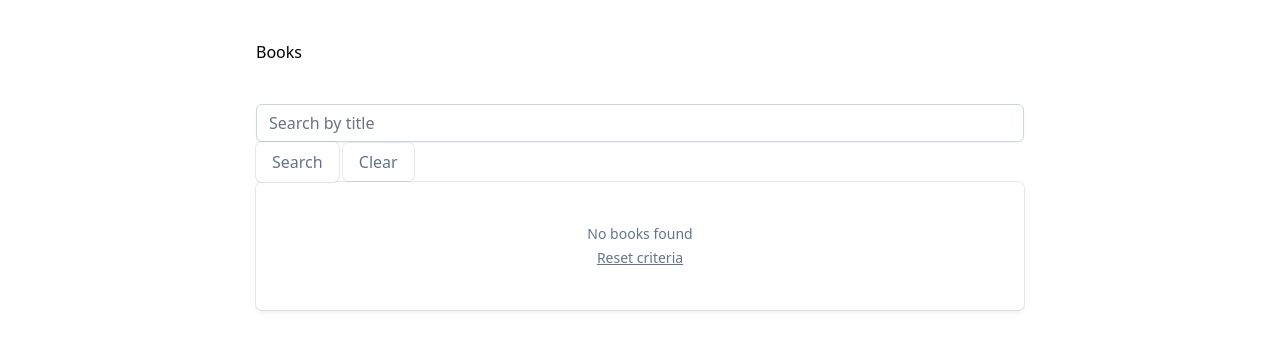
Repository: Haakim19/Laravel-Learn
Page: http://localhost/books
These files come from the project's save history. The page is drawn as it stood at one moment and after the next save; the edit follows.
The browser window is 1280 px wide. The pictures show the whole page.
Some web libraries are served in a nearby version. The page is served by the project's Laravel application, run on PHP 8.4 with Laravel 12. Queries for data that is not in the repository find no rows.

Above is the page before, as saved 2025-02-06 01:12:56.

After the next save:
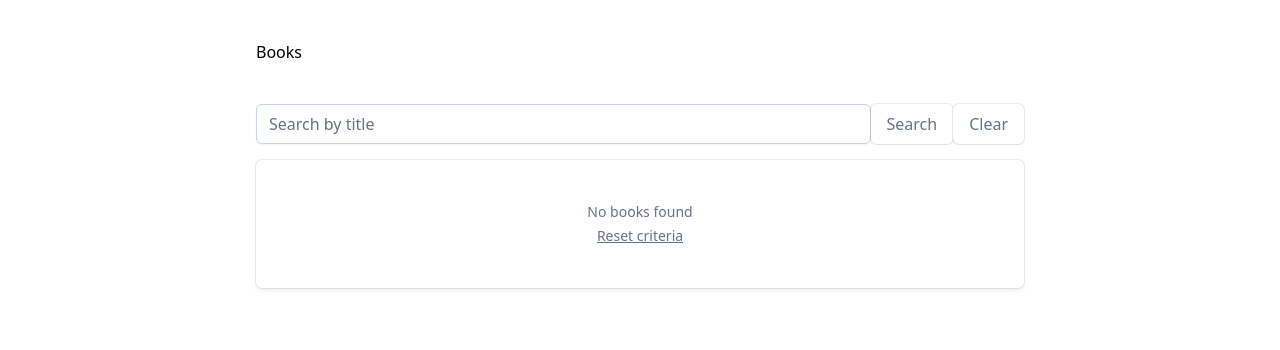
Saved 2 min 33 s later.
--- a/Book-Reviews/resources/views/books/index.blade.php
+++ b/Book-Reviews/resources/views/books/index.blade.php
@@ -3,7 +3,7 @@
 @section('content')
     <h1 class = "mb-10 text-2x2">Books</h1>
 
-    <form action="{{ route('books.index') }}" method="GET">
+    <form action="{{ route('books.index') }}" method="GET" class="mb-4 flex">
         <input type="text" name="title" placeholder="Search by title"
         value="{{ request('title') }}" class="input">
         <button type="submit" class = "btn">Search</button>
